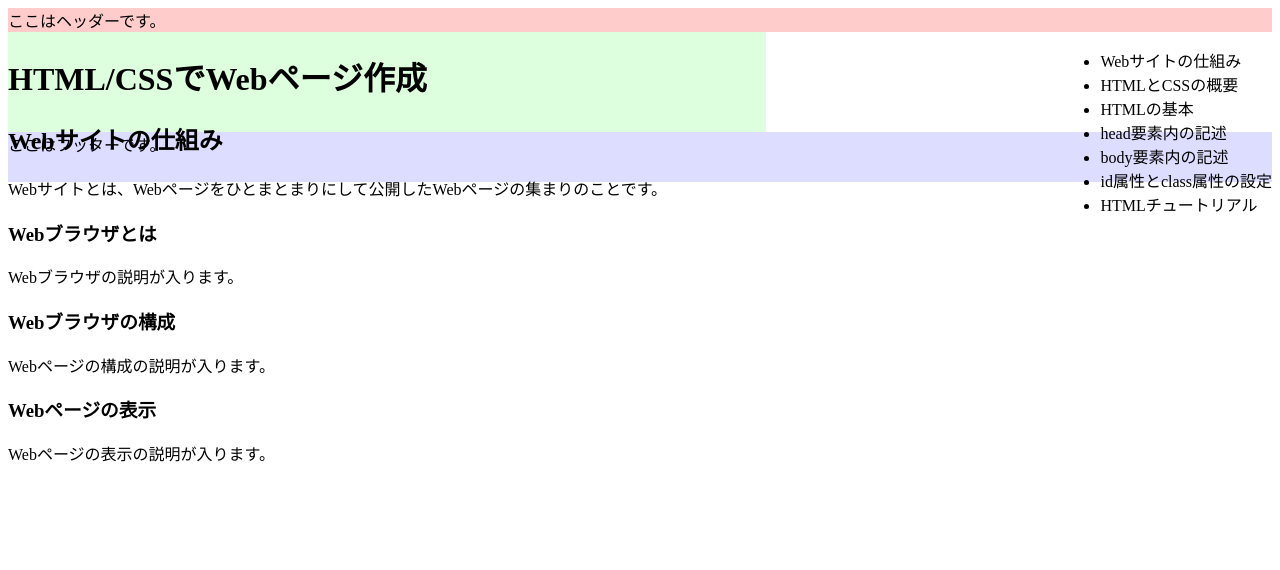
Repository: kazumasatomoto/kadai-tasklist-
Page: kadai-html.html
The author's editor kept a record of every edit. The page is drawn from the files as they stood at one moment, then again after the next edit.
The browser window is 1280 px wide. The pictures show the whole page.

Above is the page before.

After the next edit:
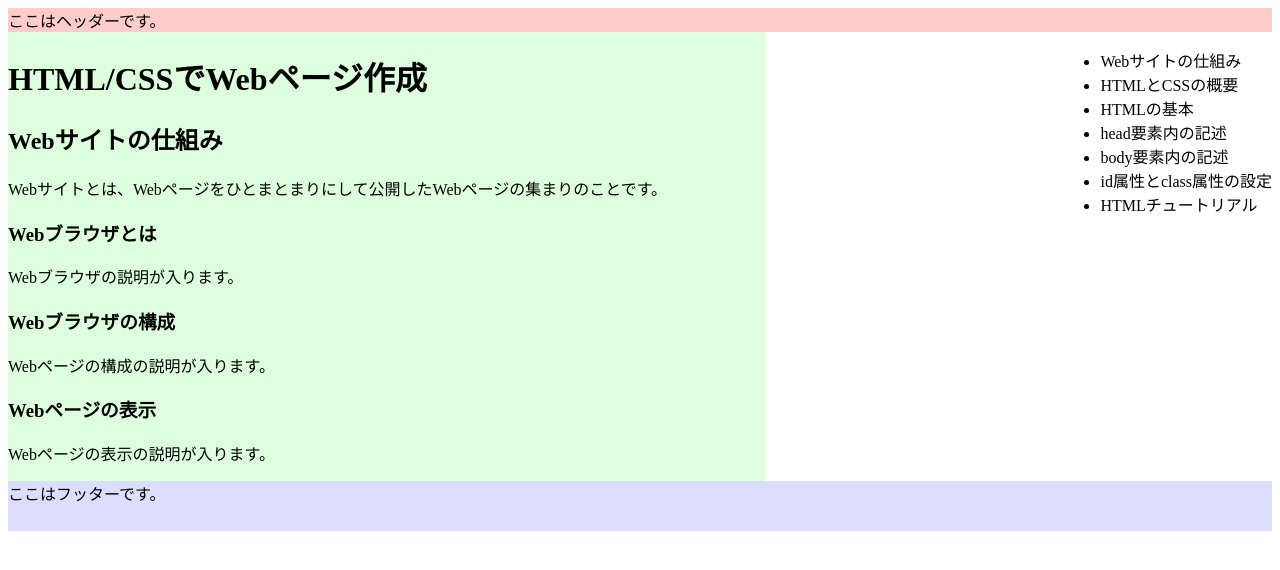
The edit:
--- a/kadai-css.css
+++ b/kadai-css.css
@@ -3,7 +3,6 @@
     background-color: #ffcccc;
 }
 #wrapper {
-    height: 100px;
     display: flex;
     justify-content: space-between;
 }
